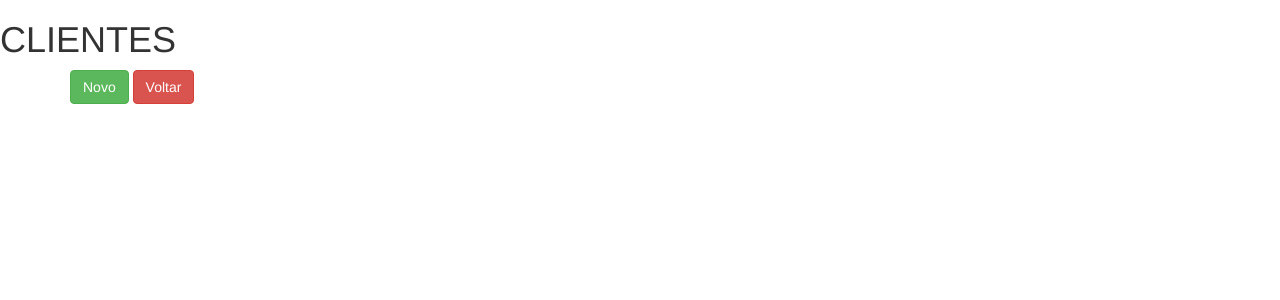
Repository: diegokunha/LojinhaGuru
Page: http://localhost/LojinhaGuru/clientes
An editor plug-in stored every save of this project. The page is shown before and after the next save, followed by the edit.
The browser window is 1280 px wide. The pictures show the whole page.
Some web libraries are served in a nearby version. The page is served by Tomcat 9.

Above is the page before, as saved 2017-10-04 00:50:23.

After the next save:
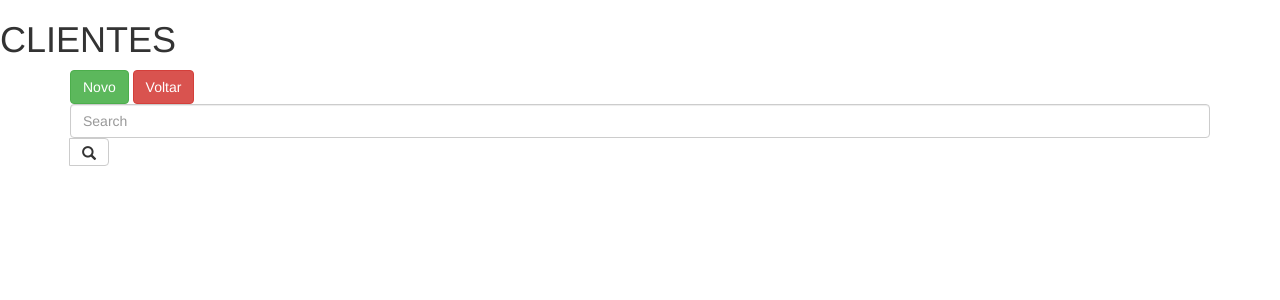
Saved 32 s later.
--- a/LojinhaGuru/WebContent/WEB-INF/views/jsp/clientes.jsp
+++ b/LojinhaGuru/WebContent/WEB-INF/views/jsp/clientes.jsp
@@ -26,7 +26,12 @@
 
 			<a href="adicionaCliente"><button type="button" class="btn btn-success">Novo</button></a>
 			<a href="index"><button type="button" class="btn btn-danger">Voltar</button></a>
-
+			<input type="text" class="form-control" placeholder="Search">
+    <div class="input-group-btn">
+      <button class="btn btn-default" type="submit">
+        <i class="glyphicon glyphicon-search"></i>
+      </button>
+    </div>
 		</form>
 	</div>
 </body>

After the save that followed:
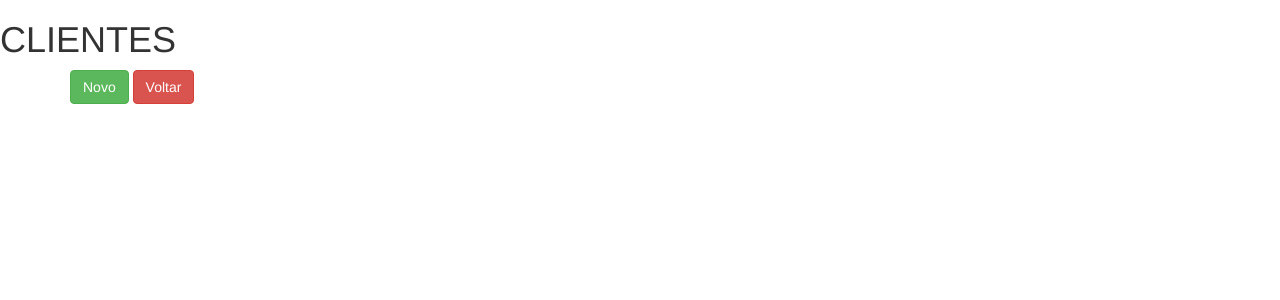
Saved 14 s later.
--- a/LojinhaGuru/WebContent/WEB-INF/views/jsp/clientes.jsp
+++ b/LojinhaGuru/WebContent/WEB-INF/views/jsp/clientes.jsp
@@ -26,12 +26,7 @@
 
 			<a href="adicionaCliente"><button type="button" class="btn btn-success">Novo</button></a>
 			<a href="index"><button type="button" class="btn btn-danger">Voltar</button></a>
-			<input type="text" class="form-control" placeholder="Search">
-    <div class="input-group-btn">
-      <button class="btn btn-default" type="submit">
-        <i class="glyphicon glyphicon-search"></i>
-      </button>
-    </div>
+
 		</form>
 	</div>
 </body>
